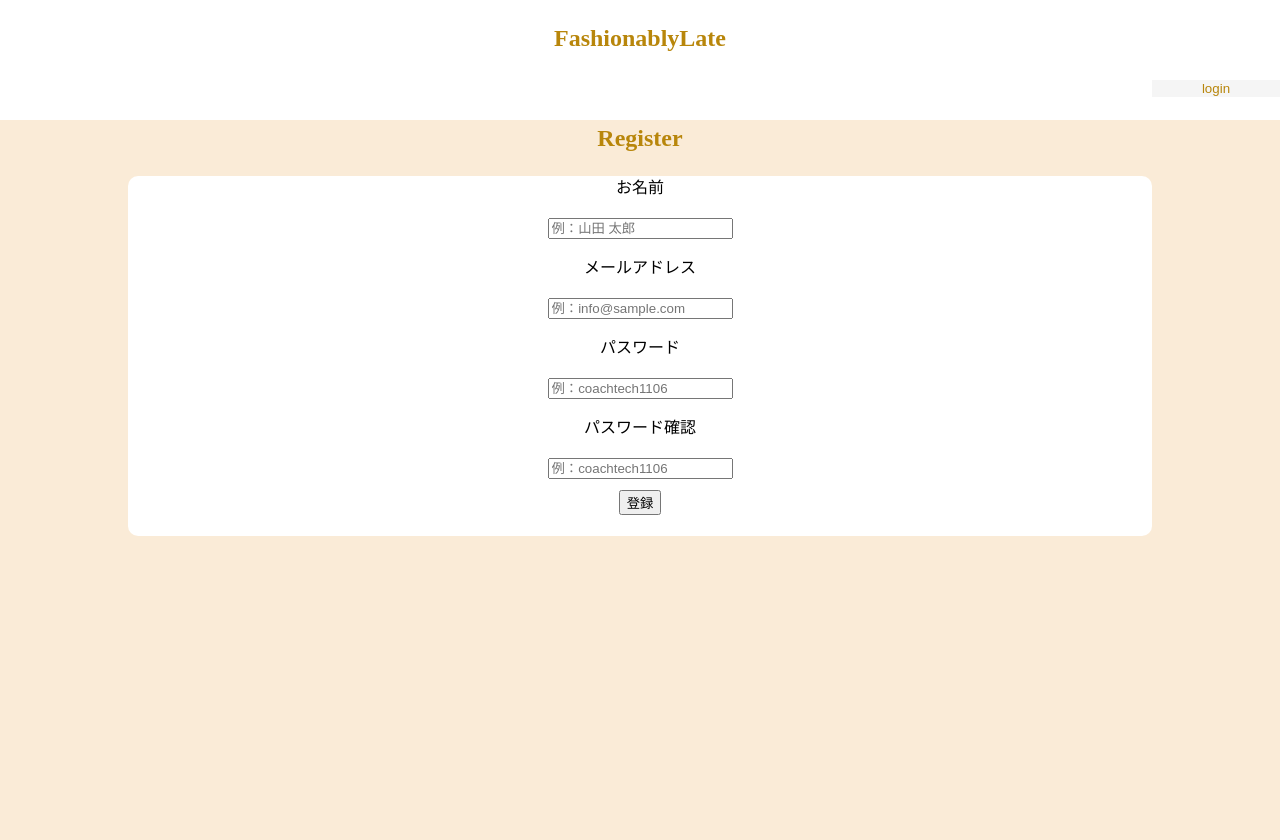
Repository: tokisiro/test-form
Page: http://localhost/register
These files come from the project's save history. The page is drawn as it stood at one moment and after a run of saves; the edit follows.
The browser window is 1280 px wide. The pictures show the whole page.
The page is served by the project's Laravel application, run on PHP 8.4 with Laravel 8. A made-up administrator, Test User (test@example.com), is signed in.

Above is the page before, as saved 2025-05-07 21:00:36.

After the next 2 saves:
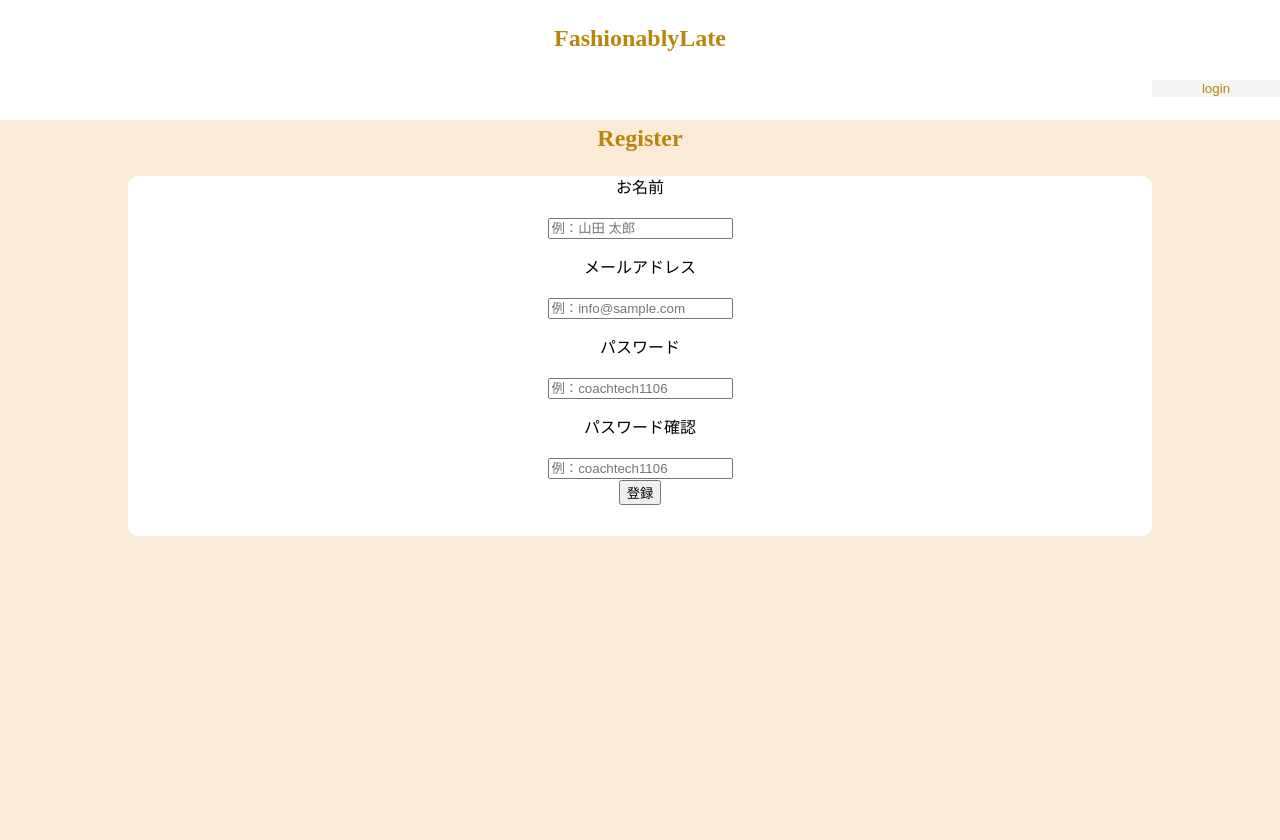
The 2 saves are shown as one change because they came seconds apart.
The last was saved 43 s later.
--- a/src/public/css/register.css
+++ b/src/public/css/register.css
@@ -54,6 +54,6 @@
     border-radius: 10px;
 }
 
-.register-form__content-input{
+label{
     margin: 10px auto;
 }
